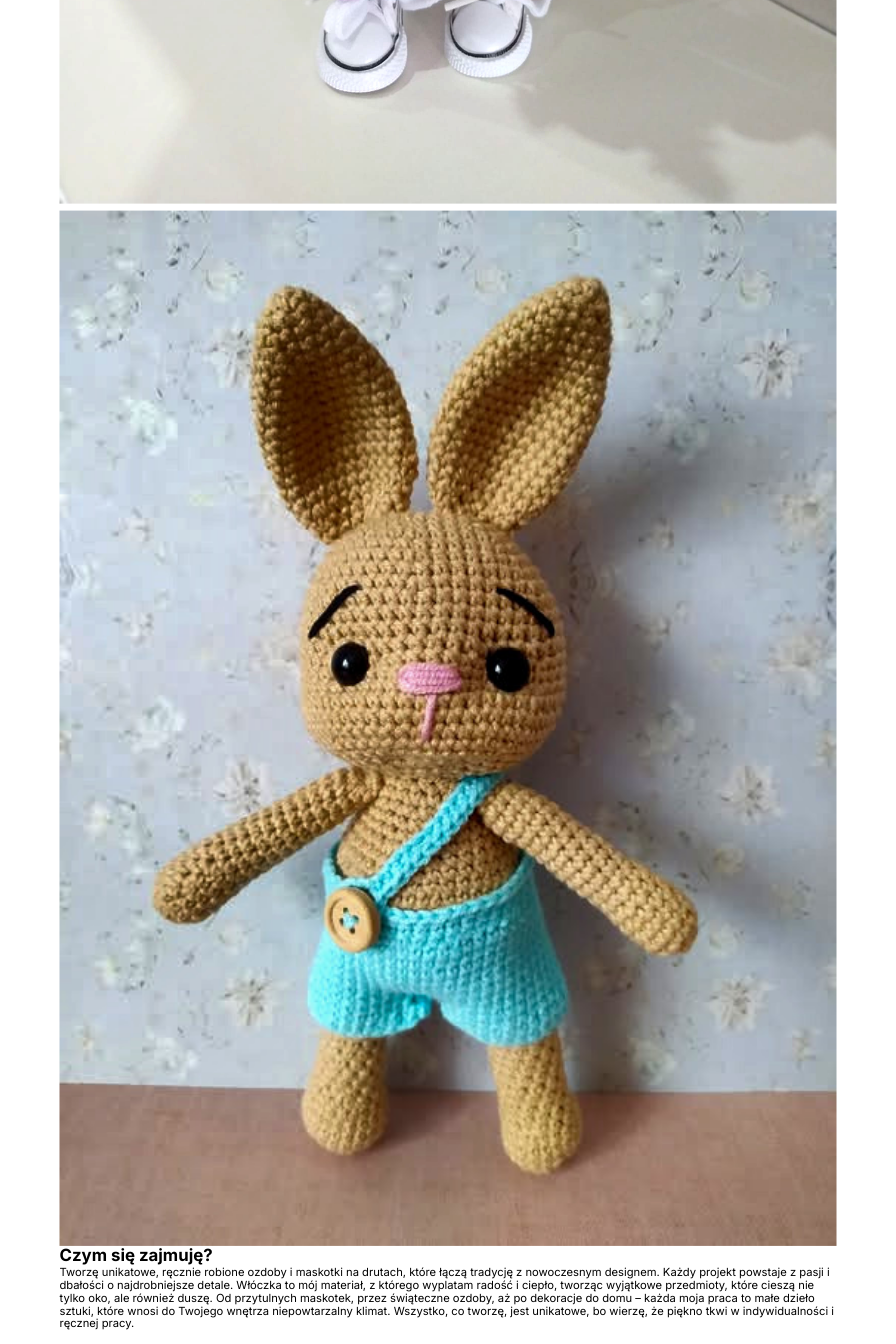
Repository: KlaudiaK0205/Craftoszet
Page: index.html
The author's editor kept a copy of each file at every save. The page is drawn from the files as they stood at one save, then again after the next save.
The browser window is 1280 px wide. The pictures show the part of the page from y = 2237 to 4157 px (the page is 4157 px tall), at 70% of full size.
Some web libraries are served in a nearby version. The style sheet was rebuilt from its Sass, Less or Tailwind sources for each picture, by a compiler version that may differ from the author's.

Above is the page before, as saved 2024-10-06 12:38:03.

After the next save:
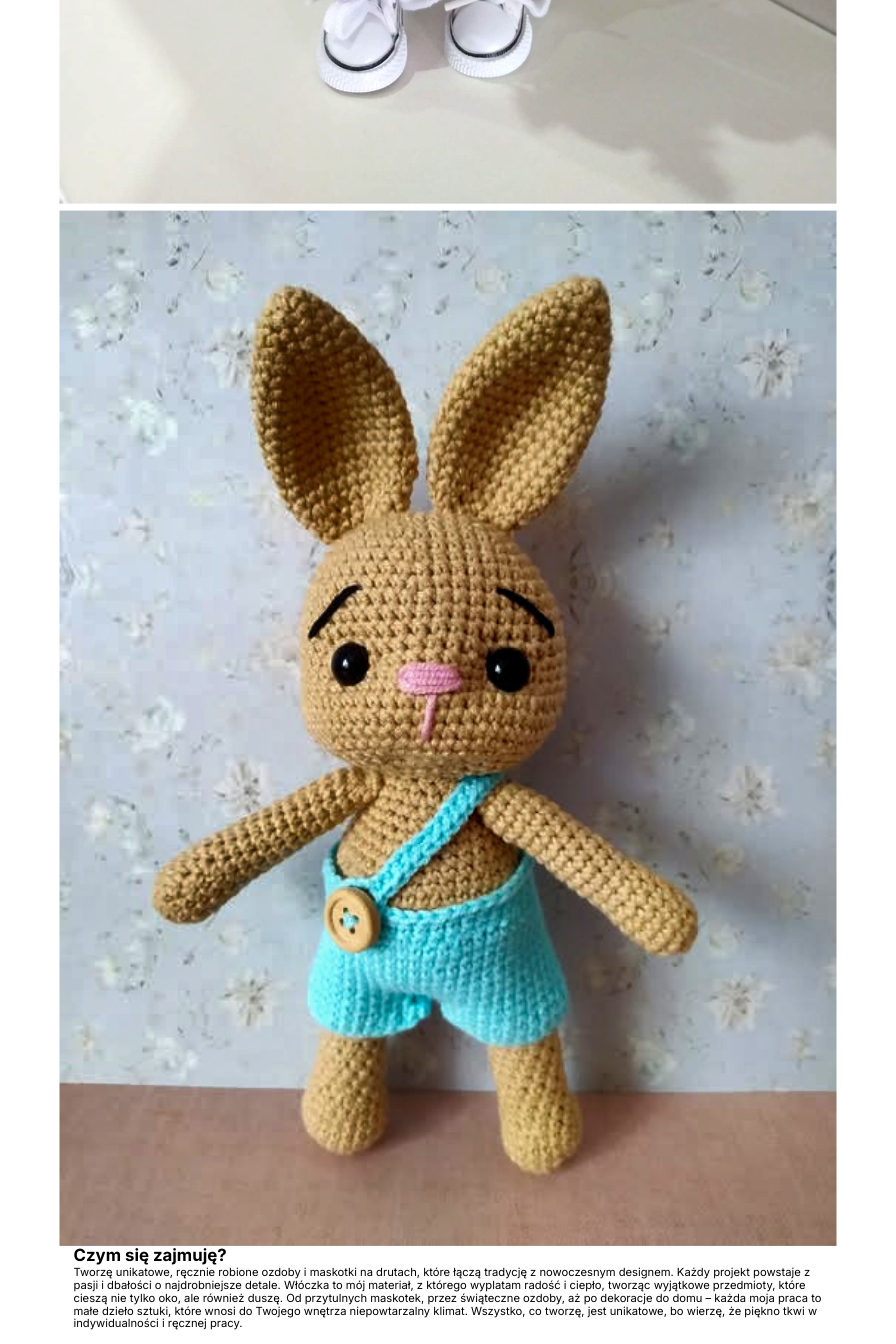
Saved 5 s later.
--- a/sass/layout/_whatIDo.scss
+++ b/sass/layout/_whatIDo.scss
@@ -17,6 +17,8 @@
 }
 
 .whatIDo-description {
+    flex: 1; /* Tekst zajmuje 1 część dostępnej przestrzeni */
+    padding-left: 20px; /* Odstęp od obrazków */
 }
 
 .section-header {
